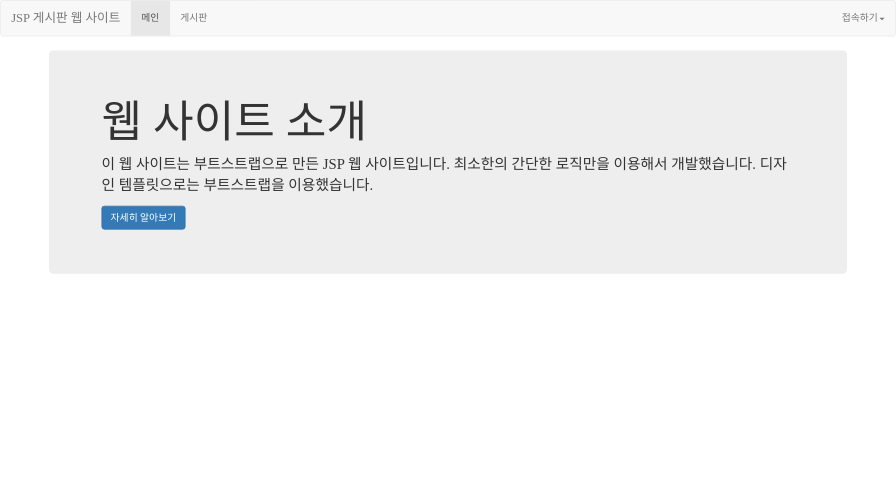
Repository: Jeongyounghyeon/JSP_board
Page: http://localhost/BBS/main.jsp
These files come from the project's save history. The page is drawn as it stood at one moment and after the next save; the edit follows.
The browser window is 1280 px wide. The pictures show the part of the page from y = 0 to 1920 px (the page is 720 px tall before and 3514 px after), at 70% of full size.
Some web fonts or font styles are not loaded; a fallback is used. Some web libraries are served in a nearby version. The page is served by Tomcat 9.

Above is the page before, as saved 2022-04-08 07:06:40.

After the next save:
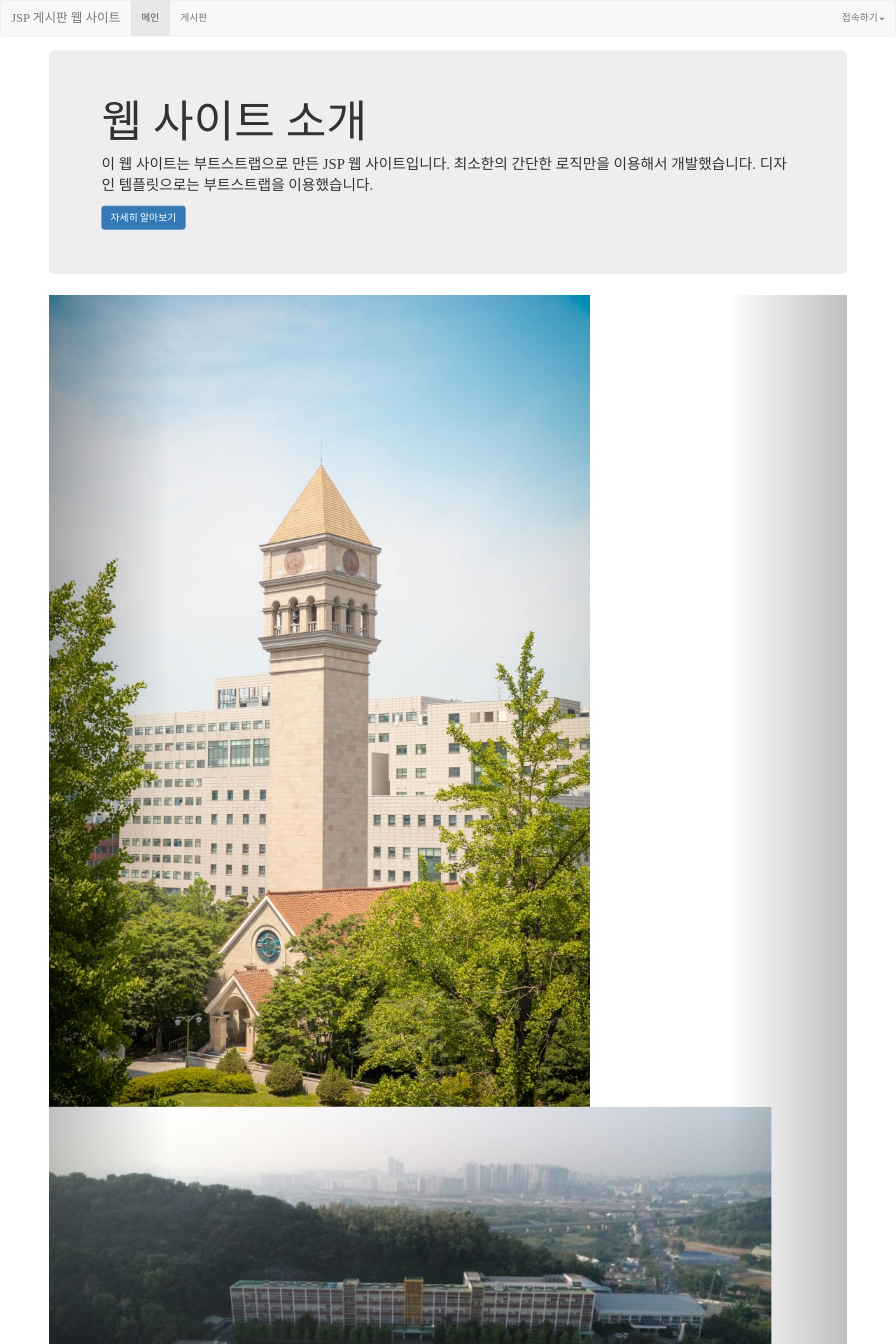
Saved 21 min 19 s later.
--- a/projects/BBS/src/main/webapp/main.jsp
+++ b/projects/BBS/src/main/webapp/main.jsp
@@ -74,6 +74,32 @@
 			</div>
 		</div>
 	</div>
+	<div class = "container">
+		<div id = "myCarousel" class = "carousel slide" data-ride = "carousel">
+			<ol class = "carousel-indicators">
+				<li data-target = "#myCarousel" data-slide-to = "0" class = "active"></li>
+				<li data-target = "#myCarousel" data-slide-to = "1"></li>
+				<li data-target = "#myCarousel" data-slide-to = "2"></li>
+			</ol>
+			<div class = "carousel-inner">
+				<div class= "item active">
+					<img src = "images/sejong.jpg">
+				</div>
+				<div class= "item active">
+					<img src = "images/songdo.jpg">
+				</div>
+				<div class= "item active">
+					<img src = "images/code.jpg">
+				</div>
+			</div>
+			<a class = "left carousel-control" href = "#myCarousel" data-slide = "prev">
+				<span class ="glyphicon glyphicon-chevron-left"></span>
+			</a>
+			<a class = "right carousel-control" href = "#myCarousel" data-slide = "next">
+				<span class ="glyphicon glyphicon-chevron-right"></span>
+			</a>
+		</div>
+	</div>
 	<script src = "https://code.jquery.com/jquery-3.1.1.min.js"></script>
 	<script src = "js/bootstrap.js"></script>
 </body>
